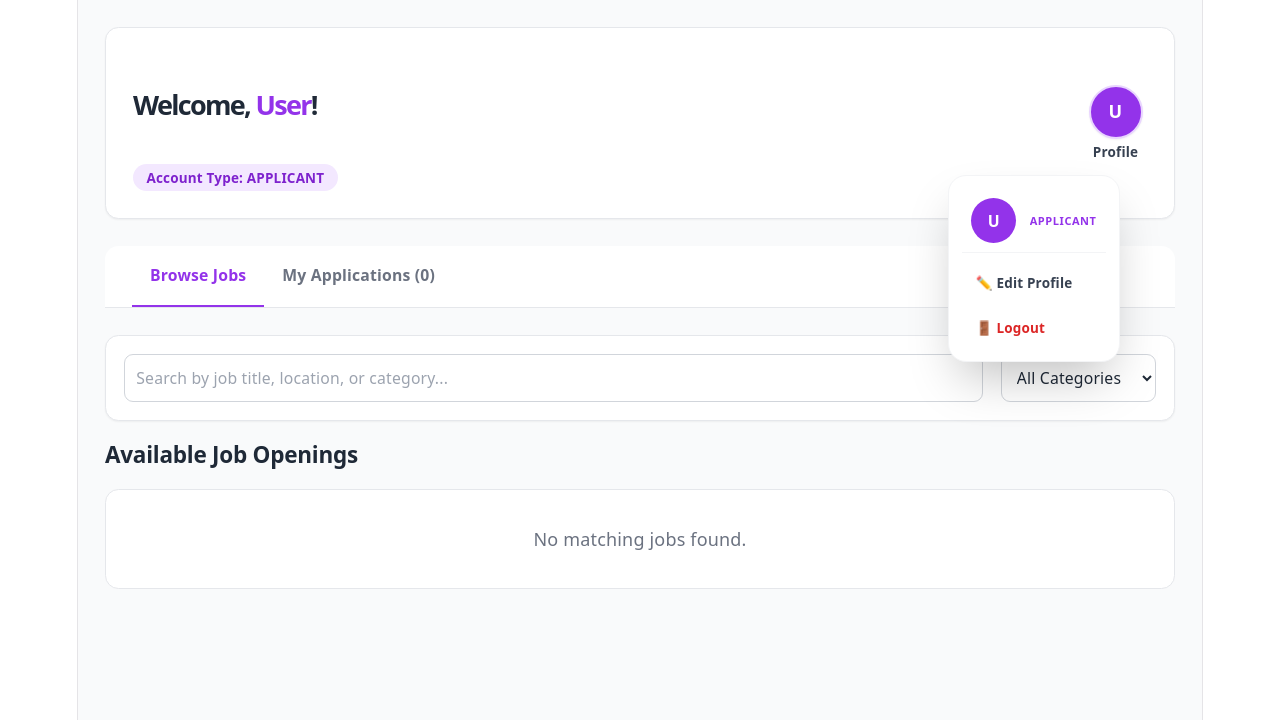
Repository: mdkawsarjomadder/job-portal
Page: /dashboard (app in job-portal/frontend/), after clicking the first element matching `button.flex`
The author's editor kept a copy of each file at every save. The page is drawn from the files as they stood at one save, then again after the next save.
The browser window is 1280 px wide. The pictures show the whole page.
The page's requests for data from a server got no answer. The project was rebuilt for these pictures with package versions that can differ from the ones it lists, and the page was loaded fresh each time. No one was signed in, and anything a server would have sent is missing. Also part of the build but not shown: job-portal/frontend/vite.config.js, job-portal/frontend/src/pages/Login.jsx, job-portal/frontend/src/pages/Register.jsx, job-portal/frontend/src/pages/EmployerDashboard.jsx, job-portal/frontend/src/pages/MyApplications.jsx, job-portal/frontend/src/pages/CreateJob.jsx, job-portal/frontend/src/pages/Home.jsx. Imported but missing from the stored project, and not drawn on this page: job-portal/frontend/src/pages/Profile.

Above is the page before, as saved 2026-09-18 21:20:06.

### job-portal/frontend/src/App.jsx
import { BrowserRouter as Router, Routes, Route, Navigate } from 'react-router-dom';
import Login from './pages/Login';
import Register from './pages/Register';
import ApplicantDashboard from './pages/ApplicantDashboard';
import EmployerDashboard from './pages/EmployerDashboard';
import MyApplications from './pages/MyApplications';
import CreateJob from './pages/CreateJob';
import Home from './pages/Home';
import Profile from './pages/Profile';



function App() {
  return (
    <Router>
      <Routes>
        <Route path="/" element={<Home />} />
        <Route path="/home" element={<Home />} />
        <Route path="/login" element={<Login />} />
        <Route path="/profile" element={<Profile />} />
        <Route path="/register" element={<Register />} />
        <Route path="/my-applications" element={<MyApplications />} />
        <Route path="/dashboard" element={<ApplicantDashboard />} />
        <Route path="/employerdashboard" element={<EmployerDashboard />} />
        <Route path="/create-job" element={<CreateJob />} />
        <Route path="*" element={<Navigate to="/" replace />} />
      </Routes>
    </Router>
  );
}

export default App;

### job-portal/frontend/src/pages/ApplicantDashboard.jsx
import React, { useState, useEffect, useRef } from 'react';
import axios from 'axios';
import { useNavigate } from 'react-router-dom';

export default function ApplicantDashboard() {
  const navigate = useNavigate();
  const [user, setUser] = useState(null);
  const [jobs, setJobs] = useState([]);
  const [appliedJobs, setAppliedJobs] = useState([]);
  const [activeTab, setActiveTab] = useState('browse');
  const [selectedJob, setSelectedJob] = useState(null);
  const [resumeFile, setResumeFile] = useState(null);
  const [isModalOpen, setIsModalOpen] = useState(false);

  // Profile Dropdown State
  const [isDropdownOpen, setIsDropdownOpen] = useState(false);
  const dropdownRef = useRef(null);

  // Loading & Toast Notification States
  const [isSubmitting, setIsSubmitting] = useState(false);
  const [toastMessage, setToastMessage] = useState('');
  const [toastType, setToastType] = useState('success');

  // Search & Filter States
  const [searchTerm, setSearchTerm] = useState('');
  const [selectedCategory, setSelectedCategory] = useState('All');

  useEffect(() => {
    fetchLatestProfile();
    fetchJobs();
    fetchMyApplications();
  }, []);

  // API থেকে লেটেস্ট Avatar সহ ইউজার ডাটা ফেচ করা
  const fetchLatestProfile = async () => {
    const token = localStorage.getItem('token');
    const storedUser = localStorage.getItem('user');

    if (storedUser) {
      setUser(JSON.parse(storedUser));
    }

    if (!token) return;

    try {
      const res = await axios.get('http://localhost:5000/api/jobs/profile', {
        headers: { Authorization: `Bearer ${token}` },
      });
      if (res.data) {
        setUser(res.data);
        localStorage.setItem('user', JSON.stringify(res.data));
      }
    } catch (err) {
      console.error('Error fetching fresh profile:', err);
    }
  };

  // Dropdown Close on Outside Click
  useEffect(() => {
    const handleClickOutside = (event) => {
      if (dropdownRef.current && !dropdownRef.current.contains(event.target)) {
        setIsDropdownOpen(false);
      }
    };
    document.addEventListener('mousedown', handleClickOutside);
    return () => document.removeEventListener('mousedown', handleClickOutside);
  }, []);

  const fetchJobs = async () => {
    try {
      const res = await axios.get('http://localhost:5000/api/jobs');
      setJobs(res.data);
    } catch (err) {
      console.error('Error fetching jobs:', err);
    }
  };

  const fetchMyApplications = async () => {
    const token = localStorage.getItem('token');
    if (!token) return;

    try {
      const res = await axios.get('http://localhost:5000/api/jobs/my-applications', {
        headers: { Authorization: `Bearer ${token}` },
      });
      setAppliedJobs(res.data);
    } catch (err) {
      console.error('Error fetching applications:', err);
    }
  };

  const showToast = (message, type = 'success') => {
    setToastMessage(message);
    setToastType(type);

    setTimeout(() => {
      setToastMessage('');
    }, 4000);
  };

  const handleApplyClick = (job) => {
    const token = localStorage.getItem('token');
    if (!token) {
      showToast('Please login to apply', 'error');
      return;
    }
    setSelectedJob(job);
    setIsModalOpen(true);
  };

  const handleFormSubmit = async (e) => {
    e.preventDefault();

    if (!resumeFile) {
      showToast('Please select a PDF resume file first!', 'error');
      return;
    }

    const token = localStorage.getItem('token');

    const formData = new FormData();
    formData.append('jobId', selectedJob.id);
    formData.append('resume', resumeFile);

    setIsSubmitting(true);

    try {
      const res = await axios.post('http://localhost:5000/api/jobs/apply', formData, {
        headers: {
          Authorization: `Bearer ${token}`,
          'Content-Type': 'multipart/form-data',
        },
      });

      setIsSubmitting(false);
      setIsModalOpen(false);
      setResumeFile(null);
      setSelectedJob(null);
      fetchMyApplications();

      showToast(res.data.message || 'Applied successfully with uploaded resume!', 'success');

    } catch (err) {
      setIsSubmitting(false);
      console.error('Application Error:', err);
      showToast(err.response?.data?.message || 'Failed to apply', 'error');
    }
  };

  const handleLogout = () => {
    localStorage.removeItem('token');
    localStorage.removeItem('user');
    navigate('/login');
  };

  const filteredJobs = jobs.filter((job) => {
    const query = searchTerm.trim().toLowerCase();

    const titleMatch = job?.title ? job.title.toLowerCase().includes(query) : false;
    const locationMatch = job?.location ? job.location.toLowerCase().includes(query) : false;
    const categoryMatch = job?.category ? job.category.toLowerCase().includes(query) : false;

    const matchesSearch = query === '' || titleMatch || locationMatch || categoryMatch;

    const matchesCategoryDropdown =
      selectedCategory === 'All' ||
      (job?.category && job.category.toLowerCase() === selectedCategory.toLowerCase());

    return matchesSearch && matchesCategoryDropdown;
  });

  return (
    <div className="min-h-screen bg-gray-50 p-6 text-left relative">

      {/* Toast Notification */}
      {toastMessage && (
        <div className="fixed top-5 right-5 z-50 animate-bounce">
          <div
            className={`px-5 py-3 rounded-xl shadow-lg text-white text-sm font-semibold flex items-center gap-2 ${
              toastType === 'success' ? 'bg-green-600' : 'bg-red-600'
            }`}
          >
            <span>{toastType === 'success' ? '✓' : '✕'}</span>
            <span>{toastMessage}</span>
          </div>
        </div>
      )}

      <div className="max-w-5xl mx-auto space-y-6">

        {/* Profile Header Card */}
        <div className="bg-white p-6 rounded-xl shadow-sm border border-gray-200 flex flex-col md:flex-row justify-between items-start md:items-center gap-4">
          <div>
            <h1 className="text-2xl font-bold text-gray-800">
              Welcome, <span className="text-purple-600">{user?.name || 'User'}</span>!
            </h1>
            <p className="text-sm text-gray-500">{user?.email}</p>
            <span className="inline-block mt-2 px-3 py-1 bg-purple-100 text-purple-700 text-xs font-semibold rounded-full">
              Account Type: {user?.role || 'APPLICANT'}
            </span>
          </div>

          {/* User Profile Dropdown Section */}
          <div className="relative" ref={dropdownRef}>
            <button
              onClick={() => setIsDropdownOpen(!isDropdownOpen)}
              className="flex flex-col items-center justify-center p-1 rounded-xl hover:bg-gray-50 transition focus:outline-none"
            >
              {/* Profile Avatar */}
              <div className="w-12 h-12 rounded-full bg-purple-600 text-white font-bold text-base flex items-center justify-center overflow-hidden border-2 border-purple-200 shadow-sm shrink-0">
                {user?.avatar ? (
                  <img
                    src={user.avatar}
                    alt={user.name}
                    className="w-full h-full object-cover"
                    onError={(e) => { e.target.style.display = 'none'; }}
                  />
                ) : (
                  user?.name?.charAt(0).toUpperCase() || 'U'
                )}
              </div>

              {/* User Name */}
              <span className="text-xs font-semibold text-gray-700 mt-1 max-w-[120px] truncate text-center">
                {user?.name || 'Profile'}
              </span>
            </button>

            {/* Dropdown Menu - Position Fixed to Align Correctly */}
            {isDropdownOpen && (
              <div className="absolute right-6 mt-2 w-50 bg-white rounded-2xl shadow-2xl border border-gray-100 p-3 z-50 transform origin-top-right transition-all">
                {/* Header User Details */}
                <div className="flex items-center gap-3 p-2 border-b border-gray-100 mb-2">
                  <div className="w-10 h-10 rounded-full bg-purple-600 text-white font-bold text-sm flex items-center justify-center overflow-hidden shrink-0">
                    {user?.avatar ? (
                      <img
                        src={user.avatar}
                        alt={user.name}
                        className="w-full h-full object-cover"
                        onError={(e) => { e.target.style.display = 'none'; }}
                      />
                    ) : (
                      user?.name?.charAt(0).toUpperCase() || 'U'
                    )}
                  </div>
                  <div className="overflow-hidden">
                    <p className="text-sm font-bold text-gray-800 truncate">{user?.name}</p>
                    <p className="text-[11px] font-bold text-purple-600 uppercase tracking-wider">
                      {user?.role || 'APPLICANT'}
                    </p>
                  </div>
                </div>

                {/* Dropdown Action Buttons */}
                <div className="space-y-1">
                  <button
                    onClick={() => {
                      setIsDropdownOpen(false);
                      navigate('/profile');
                    }}
                    className="w-full text-left px-3 py-2.5 text-xs font-semibold text-gray-700 hover:bg-purple-50 hover:text-purple-700 rounded-xl transition flex items-center gap-2"
                  >
                    ✏️ Edit Profile
                  </button>

                  <button
                    onClick={handleLogout}
                    className="w-full text-left px-3 py-2.5 text-xs font-semibold text-red-600 hover:bg-red-50 rounded-xl transition flex items-center gap-2"
                  >
                    🚪 Logout
                  </button>
                </div>
              </div>
            )}
          </div>
        </div>

        {/* Navigation Tabs */}
        <div className="flex border-b border-gray-200 bg-white px-6 rounded-t-xl">
          <button
            onClick={() => setActiveTab('browse')}
            className={`py-4 px-4 font-semibold text-sm border-b-2 transition-colors ${
              activeTab === 'browse'
                ? 'border-purple-600 text-purple-600'
                : 'border-transparent text-gray-500 hover:text-gray-700'
            }`}
          >
            Browse Jobs
          </button>
          <button
            onClick={() => setActiveTab('applications')}
            className={`py-4 px-4 font-semibold text-sm border-b-2 transition-colors ${
              activeTab === 'applications'
                ? 'border-purple-600 text-purple-600'
                : 'border-transparent text-gray-500 hover:text-gray-700'
            }`}
          >
            My Applications ({appliedJobs.length})
          </button>
        </div>

        {/* Tab Content */}
        {activeTab === 'browse' ? (
          <div className="space-y-4">
            {/* Search Bar & Category Select */}
            <div className="flex flex-col md:flex-row gap-4 bg-white p-4 rounded-xl border border-gray-200 shadow-sm">
              <input
                type="text"
                placeholder="Search by job title, location, or category..."
                value={searchTerm}
                onChange={(e) => setSearchTerm(e.target.value)}
                className="flex-1 border border-gray-300 rounded-lg p-2.5 text-sm text-gray-800 bg-white focus:outline-none focus:ring-2 focus:ring-purple-500"
              />
              <select
                value={selectedCategory}
                onChange={(e) => setSelectedCategory(e.target.value)}
                className="border border-gray-300 rounded-lg p-2.5 text-sm text-gray-800 focus:outline-none focus:ring-2 focus:ring-purple-500 bg-white"
              >
                <option value="All">All Categories</option>
                <option value="IT">IT / Software</option>
                <option value="Dev Developer">Dev Developer</option>
                <option value="Design">Design</option>
                <option value="Marketing">Marketing</option>
              </select>
            </div>

            <h2 className="text-xl font-bold text-gray-800">Available Job Openings</h2>

            {filteredJobs.length === 0 ? (
              <div className="bg-white p-8 text-center text-gray-500 rounded-xl border border-gray-200">
                No matching jobs found.
              </div>
            ) : (
              <div className="grid grid-cols-1 md:grid-cols-2 gap-4">
                {filteredJobs.map((job) => (
                  <div key={job.id} className="bg-white p-5 rounded-xl border border-gray-200 shadow-sm hover:shadow-md transition">
                    <div className="flex justify-between items-start">
                      <div>
                        <h3 className="font-bold text-lg text-gray-800">{job.title}</h3>
                        <p className="text-sm text-gray-500 font-medium">{job.employer?.name || 'Company'}</p>
                      </div>
                      <span className="px-2.5 py-1 bg-green-100 text-green-700 text-xs font-semibold rounded-md">
                        {job.jobType}
                      </span>
                    </div>

                    <div className="mt-4 text-sm text-gray-600 space-y-1">
                      <p>📍 {job.location}</p>
                      <p>💼 {job.category}</p>
                      <p>💰 {job.salary}</p>
                    </div>

                    <button
                      onClick={() => handleApplyClick(job)}
                      className="mt-5 w-full bg-purple-600 hover:bg-purple-700 text-white font-medium py-2 rounded-lg transition duration-200"
                    >
                      Apply Now
                    </button>
                  </div>
                ))}
              </div>
            )}
          </div>
        ) : (
          <div className="space-y-4">
            <h2 className="text-xl font-bold text-gray-800">Applied Jobs</h2>
            {appliedJobs.length === 0 ? (
              <div className="bg-white p-8 text-center text-gray-500 rounded-xl border border-gray-200">
                You haven't applied to any jobs yet.
              </div>
            ) : (
              <div className="bg-white rounded-xl border border-gray-200 overflow-hidden">
                <table className="w-full text-left border-collapse">
                  <thead>
                    <tr className="bg-gray-50 border-b border-gray-200 text-xs font-semibold text-gray-500 uppercase">
                      <th className="p-4">Job Title</th>
                      <th className="p-4">Category</th>
                      <th className="p-4">Applied Date</th>
                      <th className="p-4">Status</th>
                    </tr>
                  </thead>
                  <tbody className="divide-y divide-gray-200 text-sm">
                    {appliedJobs.map((app) => (
                      <tr key={app.id}>
                        <td className="p-4 font-semibold text-gray-800">{app.job?.title}</td>
                        <td className="p-4 text-gray-600">{app.job?.category}</td>
                        <td className="p-4 text-gray-500">
                          {new Date(app.appliedAt).toLocaleDateString()}
                        </td>
                        <td className="p-4">
                          <span
                            className={`px-2.5 py-1 text-xs font-semibold rounded-full ${
                              app.status === 'SHORTLISTED'
                                ? 'bg-green-100 text-green-700'
                                : app.status === 'REJECTED'
                                ? 'bg-red-100 text-red-700'
                                : 'bg-yellow-100 text-yellow-800'
                            }`}
                          >
                            {app.status}
                          </span>
                        </td>
                      </tr>
                    ))}
                  </tbody>
                </table>
              </div>
            )}
          </div>
        )}

      </div>

      {/* File Upload Modal */}
      {isModalOpen && (
        <div className="fixed inset-0 bg-black/50 backdrop-blur-sm flex justify-center items-center p-4 z-50">
          <div className="bg-white rounded-2xl p-6 max-w-md w-full shadow-xl space-y-4">
            <div className="flex justify-between items-center border-b pb-3">
              <h3 className="font-bold text-lg text-gray-800">
                Apply for <span className="text-purple-600">{selectedJob?.title}</span>
              </h3>
              <button
                onClick={() => setIsModalOpen(false)}
                className="text-gray-400 hover:text-gray-600 text-lg font-bold"
              >
                ✕
              </button>
            </div>

            <form onSubmit={handleFormSubmit} className="space-y-4">
              <div>
                <label className="block text-sm font-semibold text-gray-700 mb-2">
                  Upload Your Resume (PDF format)
                </label>
                <input
                  type="file"
                  accept=".pdf"
                  onChange={(e) => setResumeFile(e.target.files[0])}
                  className="w-full text-sm text-gray-500 file:mr-4 file:py-2 file:px-4 file:rounded-lg file:border-0 file:text-sm file:font-semibold file:bg-purple-50 file:text-purple-700 hover:file:bg-purple-100 border border-gray-300 rounded-lg p-1.5"
                  required
                />
              </div>

              <div className="flex justify-end gap-3 pt-2">
                <button
                  type="button"
                  onClick={() => setIsModalOpen(false)}
                  className="px-4 py-2 border border-gray-300 rounded-lg text-sm font-medium text-gray-700 hover:bg-gray-50"
                >
                  Cancel
                </button>
                <button
                  type="submit"
                  disabled={isSubmitting}
                  className={`px-4 py-2 bg-purple-600 text-white rounded-lg text-sm font-medium transition ${
                    isSubmitting ? 'opacity-50 cursor-not-allowed' : 'hover:bg-purple-700'
                  }`}
                >
                  {isSubmitting ? 'Uploading...' : 'Submit Application'}
                </button>
              </div>
            </form>
          </div>
        </div>
      )}

    </div>
  );
}

Loaded but not shown: job-portal/frontend/src/main.jsx (common file); job-portal/frontend/tailwind.config.js (common file); job-portal/frontend/src/index.css (120 lines, source omitted)

After the next save:
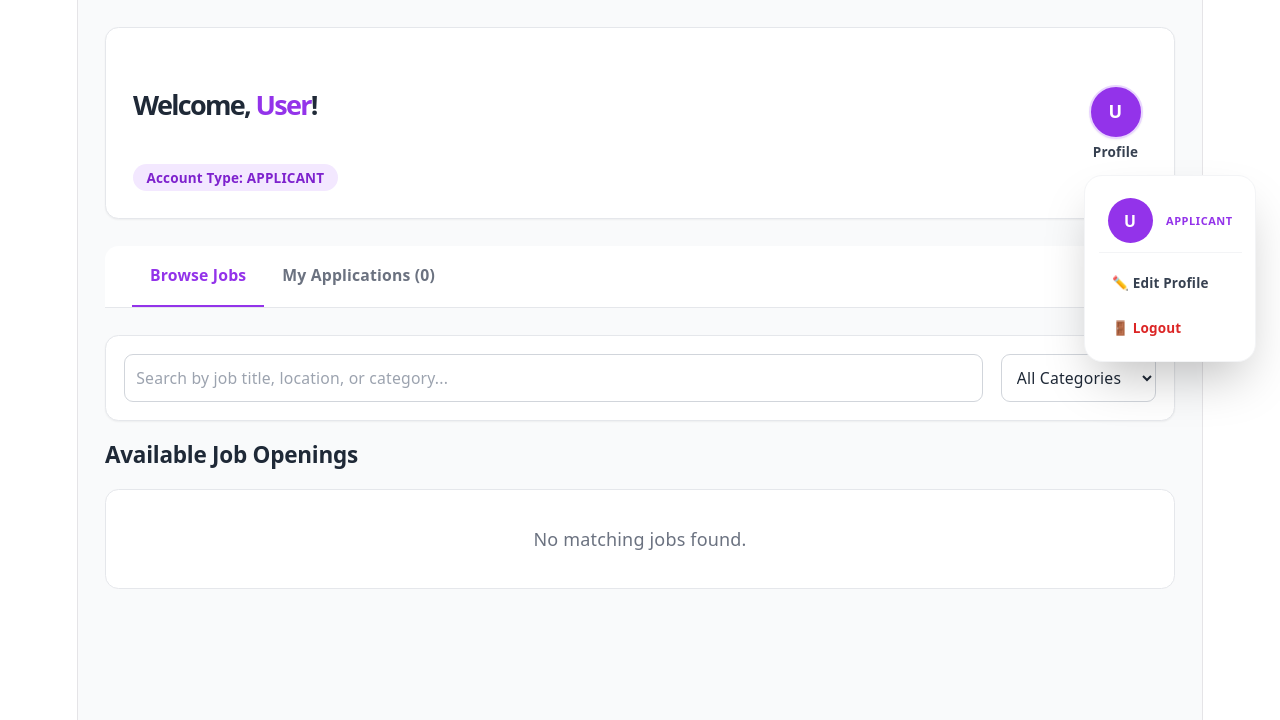
Saved 5 s later.
--- a/job-portal/frontend/src/pages/ApplicantDashboard.jsx
+++ b/job-portal/frontend/src/pages/ApplicantDashboard.jsx
@@ -228,7 +228,7 @@
 
             {/* Dropdown Menu - Position Fixed to Align Correctly */}
             {isDropdownOpen && (
-              <div className="absolute right-6 mt-2 w-50 bg-white rounded-2xl shadow-2xl border border-gray-100 p-3 z-50 transform origin-top-right transition-all">
+              <div className="absolute right 2 mt-2 w-50 bg-white rounded-2xl shadow-2xl border border-gray-100 p-3 z-50 transform origin-top-right transition-all">
                 {/* Header User Details */}
                 <div className="flex items-center gap-3 p-2 border-b border-gray-100 mb-2">
                   <div className="w-10 h-10 rounded-full bg-purple-600 text-white font-bold text-sm flex items-center justify-center overflow-hidden shrink-0">

After the 4 saves that followed:
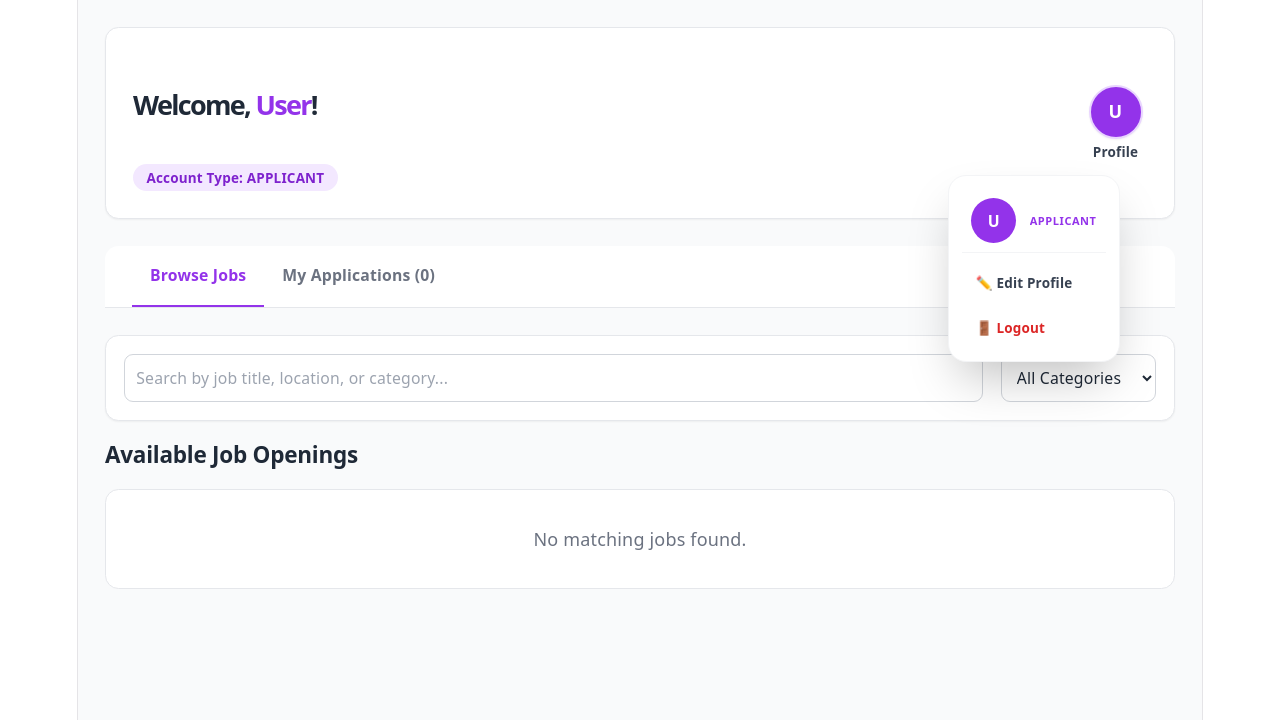
The 4 saves are shown as one change because 3 left the picture as it was.
The last was saved 31 s later.
--- a/job-portal/frontend/src/pages/ApplicantDashboard.jsx
+++ b/job-portal/frontend/src/pages/ApplicantDashboard.jsx
@@ -228,7 +228,7 @@
 
             {/* Dropdown Menu - Position Fixed to Align Correctly */}
             {isDropdownOpen && (
-              <div className="absolute right 2 mt-2 w-50 bg-white rounded-2xl shadow-2xl border border-gray-100 p-3 z-50 transform origin-top-right transition-all">
+              <div className="absolute right-6 mt-2 w-50 bg-white rounded-2xl shadow-2xl border border-gray-100 p-3 z-50 transform origin-top-right transition-all">
                 {/* Header User Details */}
                 <div className="flex items-center gap-3 p-2 border-b border-gray-100 mb-2">
                   <div className="w-10 h-10 rounded-full bg-purple-600 text-white font-bold text-sm flex items-center justify-center overflow-hidden shrink-0">
